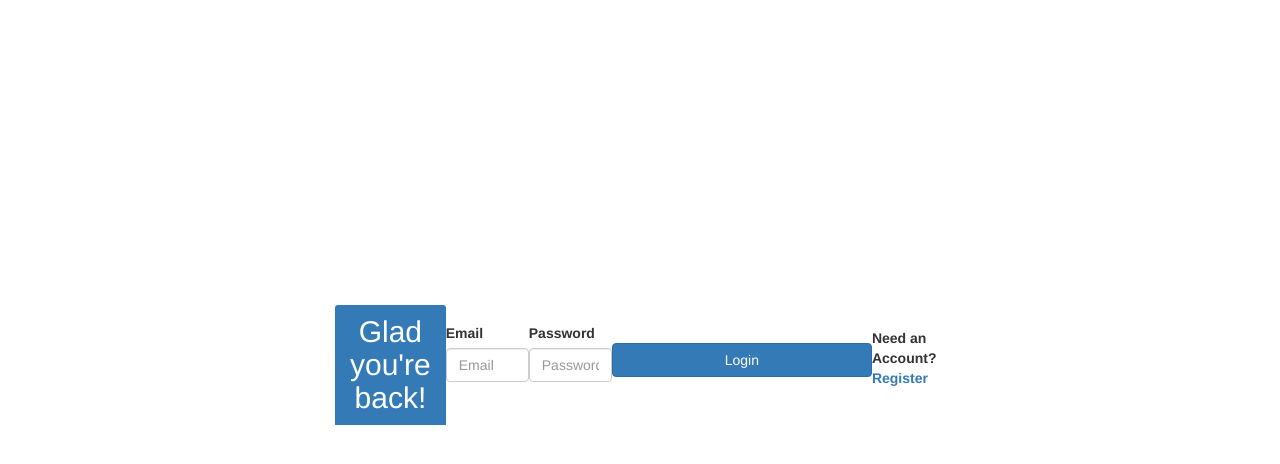
Repository: ronnydoan12345/Doan-ReimbursementProject
Page: http://localhost/org.revature.ERS/
These files come from the project's save history. The page is drawn as it stood at one moment and after the next save; the edit follows.
The browser window is 1280 px wide. The pictures show the whole page.
The page is served by Tomcat 9.

Above is the page before, as saved 2019-01-14 22:28:26.

After the next save:
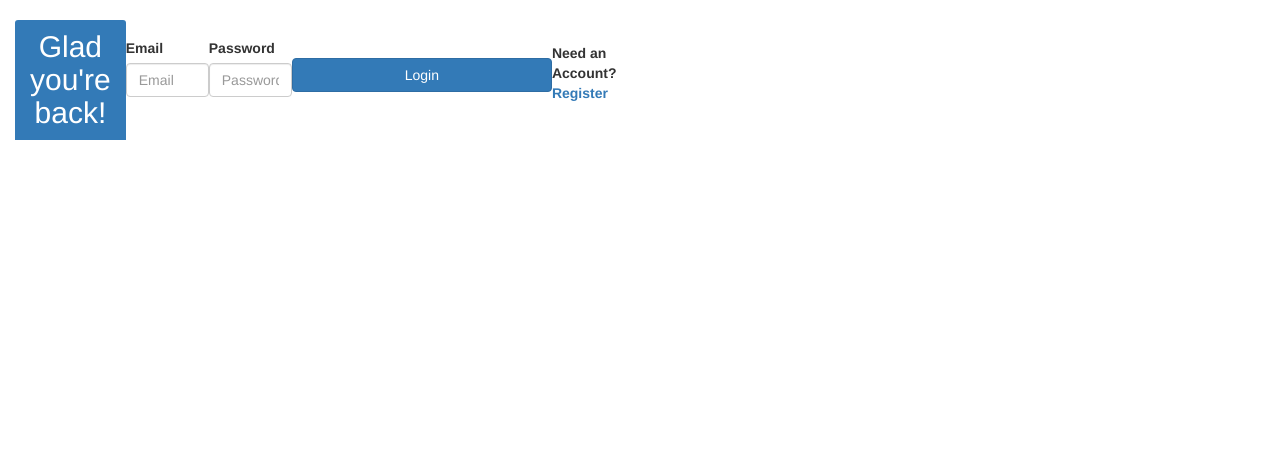
Saved 10 s later.
--- a/org.revature.ERS/src/main/webapp/Project1-FrontEnd/css/main.css
+++ b/org.revature.ERS/src/main/webapp/Project1-FrontEnd/css/main.css
@@ -2,7 +2,7 @@
 
 
 
-html,body {
+/* html,body {
     height: 100%;
 }
 
@@ -14,7 +14,7 @@ html,body {
 }
 .loginCenter {
     text-align: center;
-}
+} */
 
     .navbar {
       margin-bottom: 0;
